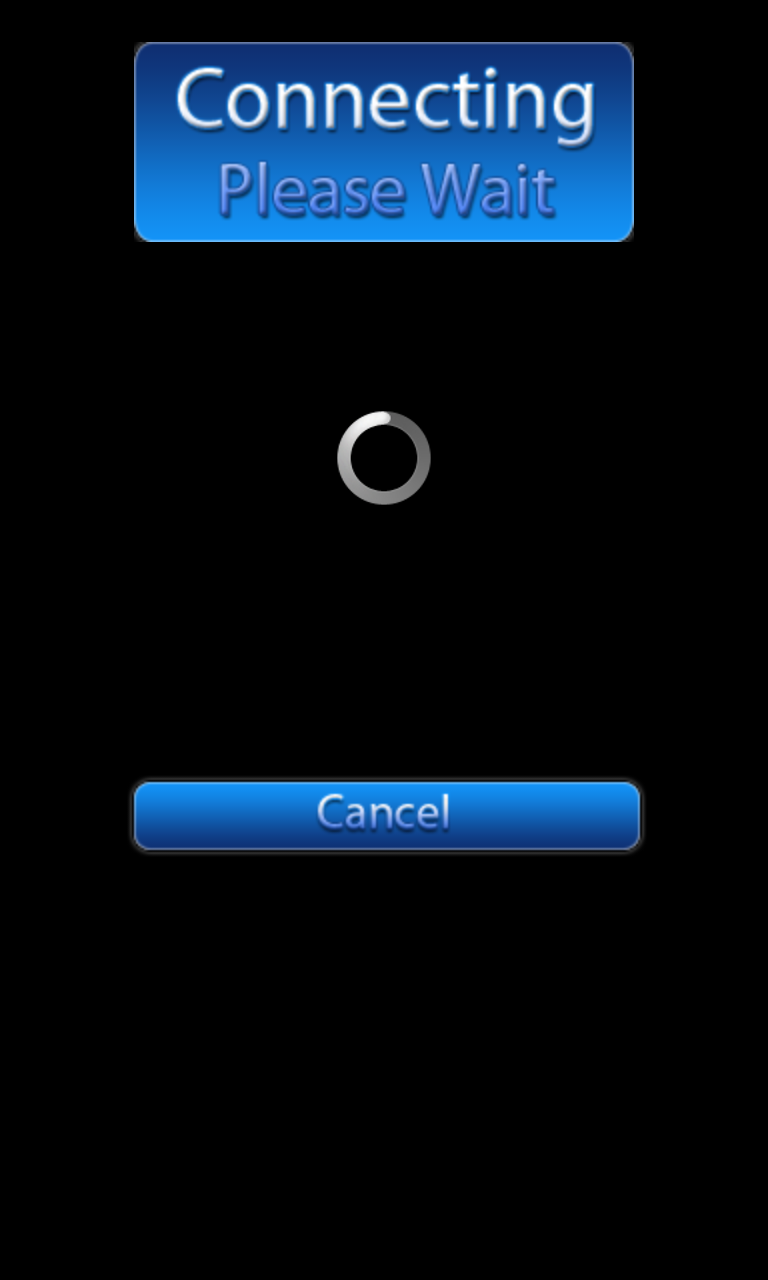
Repository: Matt-Bishop/HP-Photo-Kiosk
Layout: workspace/HP_PK/res/layout/connecting.xml
These files come from the project's save history. The layout is drawn as it stood at one moment and after the next save; the edit follows.
It is drawn on a 768 x 1280 px phone screen (xhdpi) without system bars, with theme android:Theme; the app's code is not run.

Above is the layout before, as saved 2011-01-05 02:04:37.

After the next save:
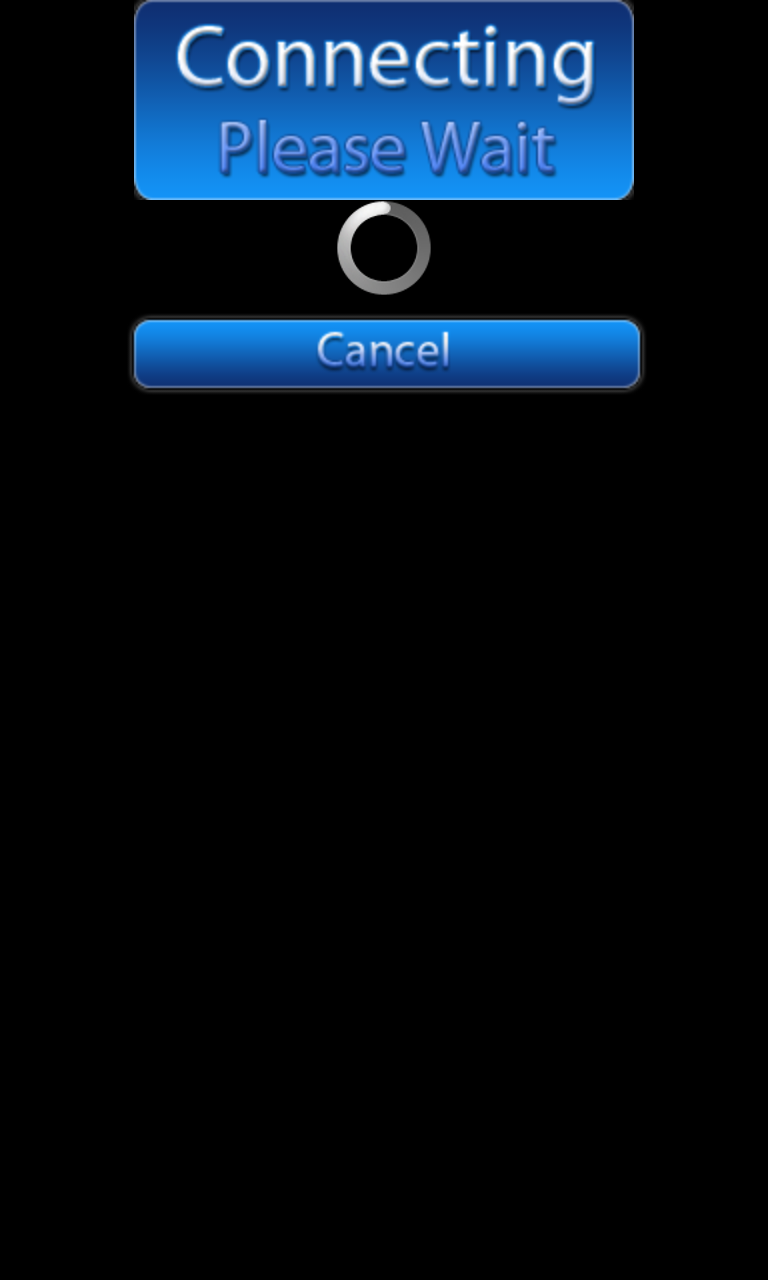
Saved 2 min 6 s later.
--- a/workspace/HP_PK/res/layout/connecting.xml
+++ b/workspace/HP_PK/res/layout/connecting.xml
@@ -9,7 +9,7 @@
 <FrameLayout
 android:id="@+id/widget86"
 android:layout_width="wrap_content"
-android:layout_height="21dp"
+android:layout_height="wrap_content"
 >
 <FrameLayout
 android:id="@+id/widget87"
@@ -29,28 +29,28 @@
 <LinearLayout
 android:id="@+id/widget58"
 android:layout_width="wrap_content"
-android:layout_height="21dp"
+android:layout_height="wrap_content"
 android:orientation="vertical"
 >
 </LinearLayout>
 <LinearLayout
 android:id="@+id/widget57"
 android:layout_width="wrap_content"
-android:layout_height="21dp"
+android:layout_height="wrap_content"
 android:orientation="vertical"
 >
 </LinearLayout>
 <LinearLayout
 android:id="@+id/widget59"
 android:layout_width="wrap_content"
-android:layout_height="21dp"
+android:layout_height="wrap_content"
 android:orientation="vertical"
 >
 </LinearLayout>
 <LinearLayout
 android:id="@+id/widget60"
 android:layout_width="wrap_content"
-android:layout_height="21dp"
+android:layout_height="wrap_content"
 android:orientation="vertical"
 >
 </LinearLayout>
@@ -65,48 +65,48 @@
 <LinearLayout
 android:id="@+id/widget56"
 android:layout_width="wrap_content"
-android:layout_height="21dp"
+android:layout_height="wrap_content"
 android:orientation="vertical"
 >
 </LinearLayout>
 <LinearLayout
 android:id="@+id/widget62"
 android:layout_width="wrap_content"
-android:layout_height="21dp"
+android:layout_height="wrap_content"
 android:orientation="vertical"
 >
 </LinearLayout>
 <LinearLayout
 android:id="@+id/widget61"
 android:layout_width="wrap_content"
-android:layout_height="21dp"
+android:layout_height="wrap_content"
 android:orientation="vertical"
 >
 </LinearLayout>
 <LinearLayout
 android:id="@+id/widget66"
 android:layout_width="wrap_content"
-android:layout_height="21dp"
+android:layout_height="wrap_content"
 android:orientation="vertical"
 >
 </LinearLayout>
 <LinearLayout
 android:id="@+id/widget70"
 android:layout_width="wrap_content"
-android:layout_height="21dp"
+android:layout_height="wrap_content"
 android:orientation="vertical"
 >
 </LinearLayout>
 <LinearLayout
 android:id="@+id/widget64"
 android:layout_width="wrap_content"
-android:layout_height="21dp"
+android:layout_height="wrap_content"
 android:orientation="vertical"
 >
 <LinearLayout
 android:id="@+id/widget69"
 android:layout_width="wrap_content"
-android:layout_height="21dp"
+android:layout_height="wrap_content"
 android:orientation="vertical"
 >
 </LinearLayout>
@@ -123,7 +123,7 @@
 <FrameLayout
 android:id="@+id/widget88"
 android:layout_width="wrap_content"
-android:layout_height="21dp"
+android:layout_height="wrap_content"
 >
 </FrameLayout>
 </LinearLayout>
